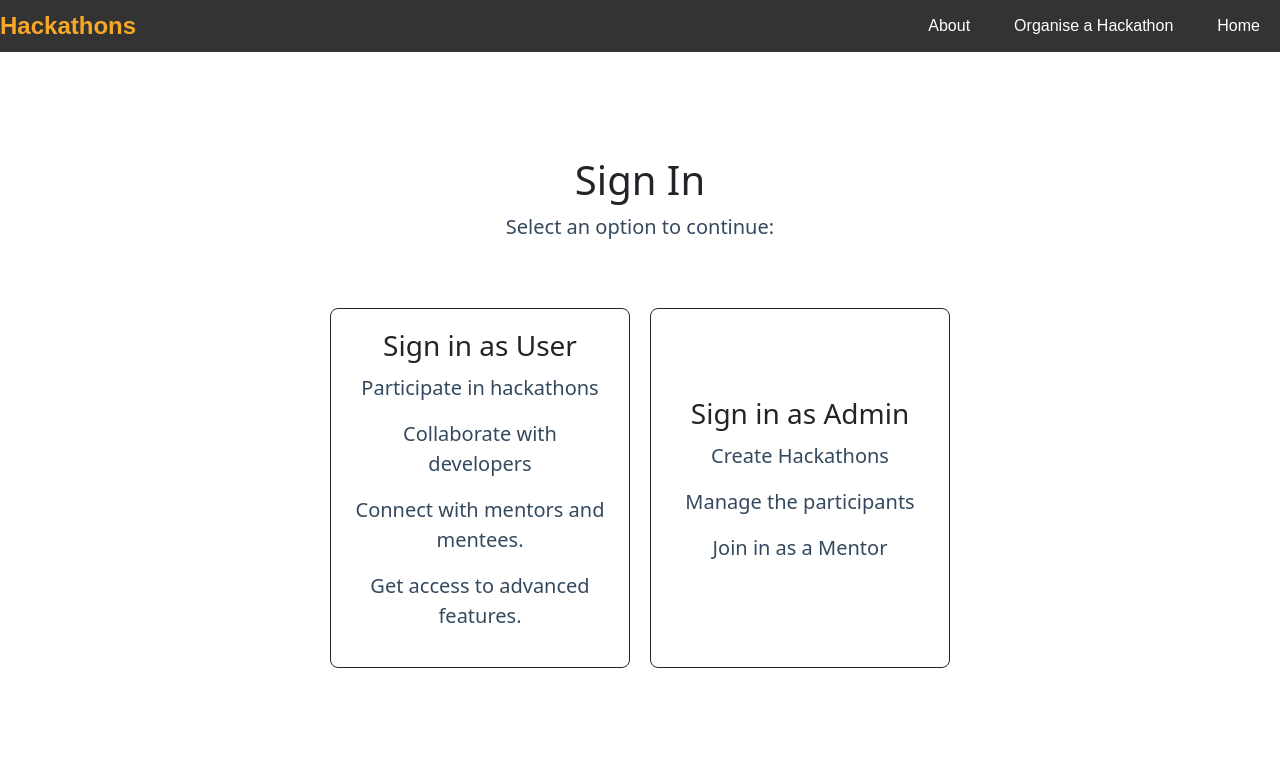
Repository: Ken-Kanike/RUBIX25_41_TECHTITANS
Page: /signin (app in backend/client/)
The author's editor kept a copy of each file at every save. The page is drawn from the files as they stood at one save, then again after the next save.
The browser window is 1280 px wide. The pictures show the whole page.
The project was rebuilt for these pictures with package versions that can differ from the ones it lists, and the page was loaded fresh each time. Also part of the build but not shown: backend/client/src/homepage.js, backend/client/src/dashboardUSER.css, backend/client/src/dashboardUnavbar.js, backend/client/src/dashboardUSER.js.

Above is the page before, as saved 2025-01-23 02:04:44.

After the next save:
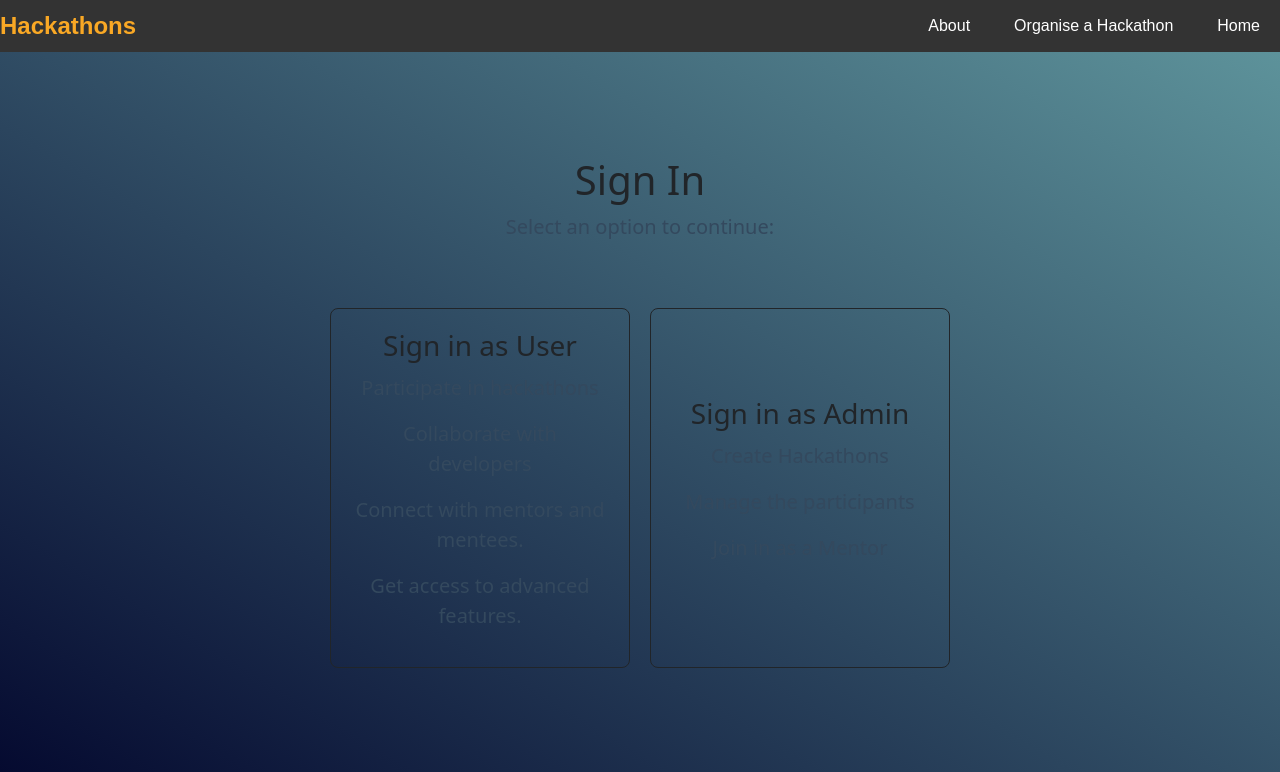
Saved 4 min 22 s later.
--- a/backend/client/src/App.js
+++ b/backend/client/src/App.js
@@ -2,16 +2,17 @@ import React from 'react';
 import { BrowserRouter as Router, Route, Routes } from 'react-router-dom';
 import Navbar from './navbar';
 import HomePage from './homepage';
-import SignInPage from './signin'; // Import SignInPage component
+import SignInPage from './signin';
 import Dashboard from "./dashboardUSER";
+import './App.css';
 
 function App() {
   return (
     <Router>
-      <Navbar /> {/* Navbar is outside of Routes */}
+      <Navbar />
       <Routes>
-        <Route path="/" element={<HomePage />} /> {/* HomePage route */}
-        <Route path="/signin" element={<SignInPage />} /> {/* SignInPage route */}
+        <Route path="/" element={<HomePage />} />
+        <Route path="/signin" element={<SignInPage />} />
         <Route path="/dashboard" element={<Dashboard />} />
       </Routes>
     </Router>
